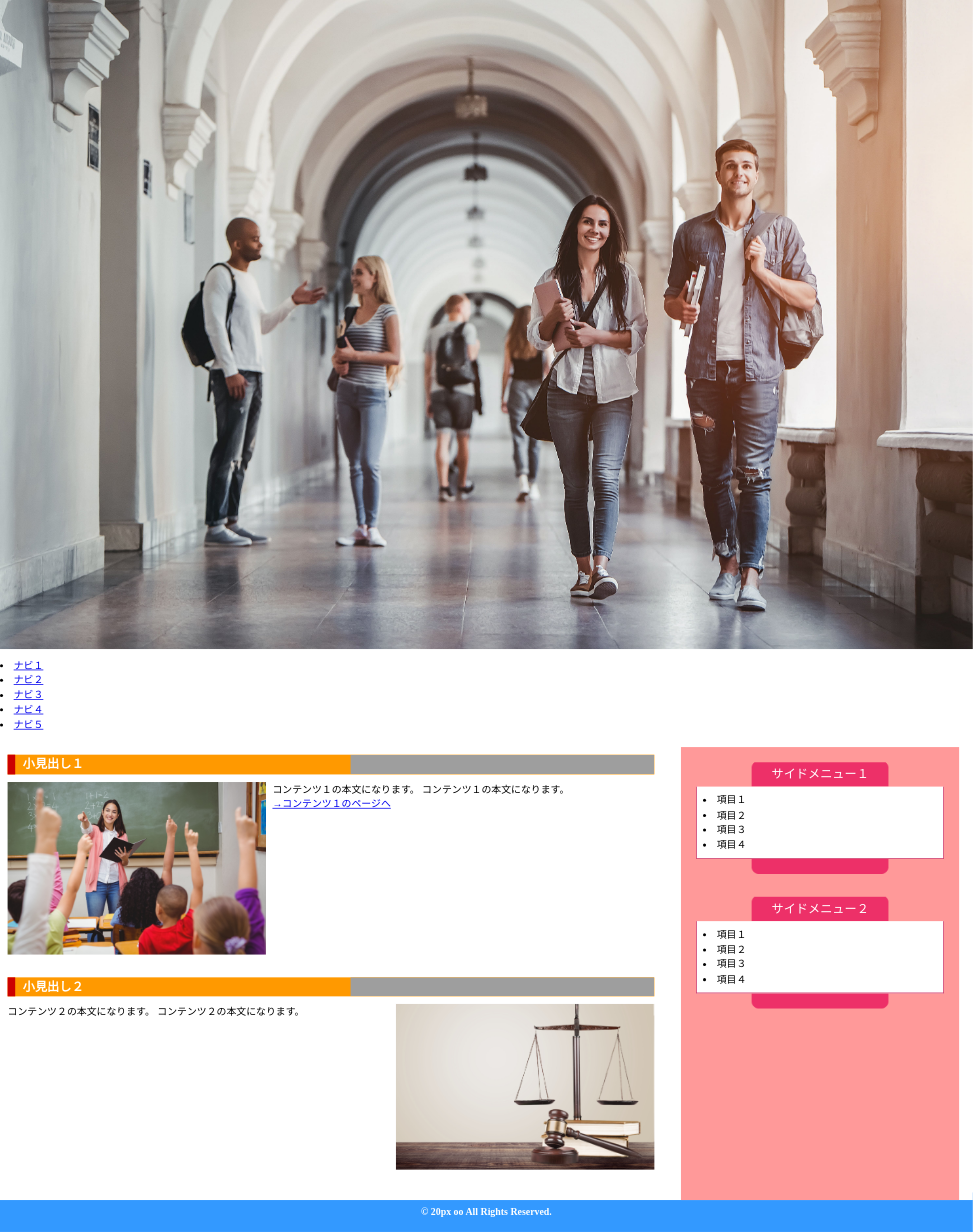
Repository: masami-a/samurai_HTML-CSS
Page: home.html
The author's editor kept a record of every edit. The page is drawn from the files as they stood at one moment, then again after the next edit.
The browser window is 1280 px wide. The pictures show the whole page, at 76% of full size.
Pictures or frames that could not be fetched are drawn as grey boxes.

Above is the page before.

After the next edit:
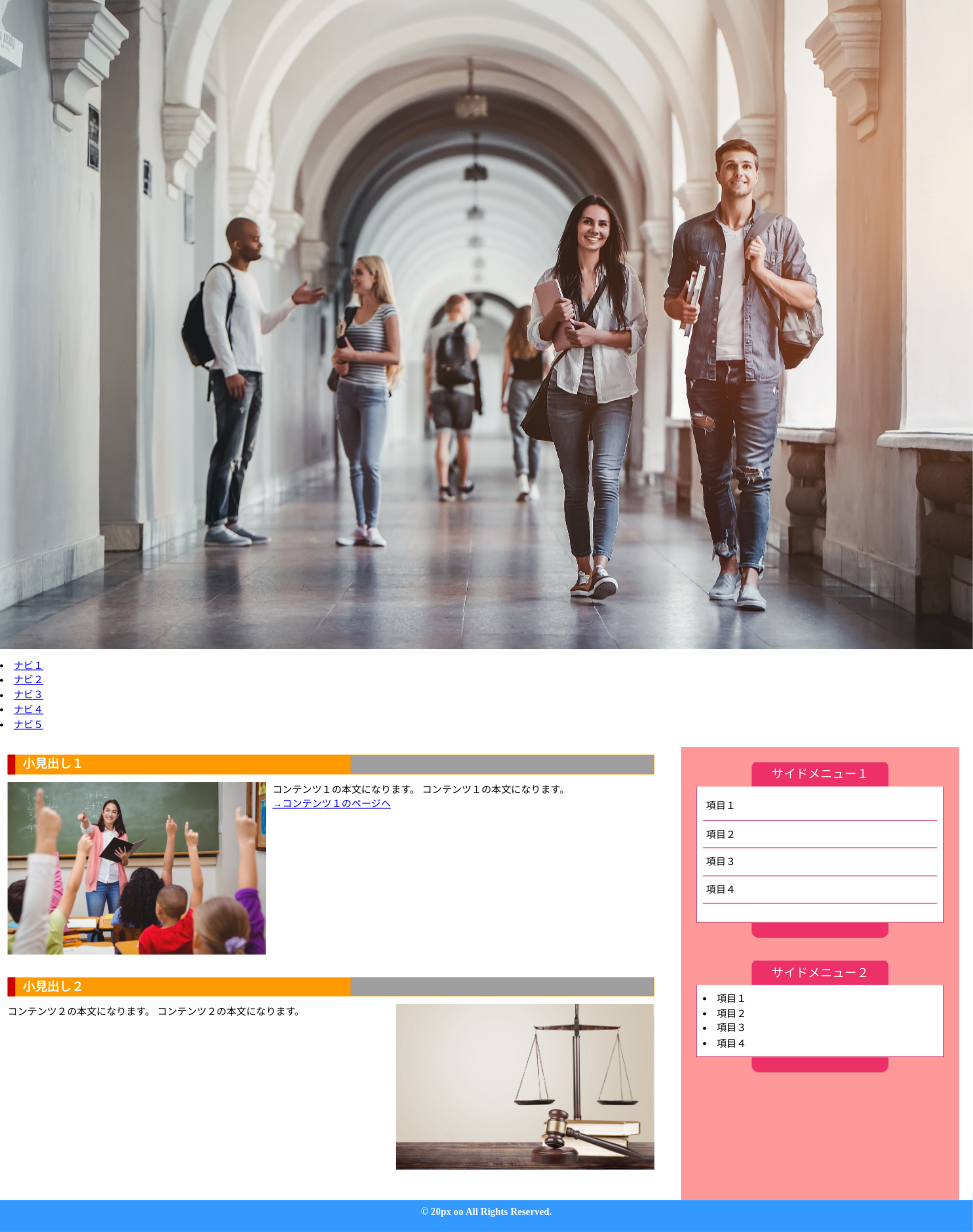
The edit:
--- a/home.html
+++ b/home.html
@@ -43,7 +43,7 @@
                  <div class="box">
                      <h2>サイドメニュー１</h2>
                      <div class="boxBody">
-                         <u1>
+                         <uL>
                              <li>項目１</li>
                              <li>項目２</li>
                              <li>項目３</li>
